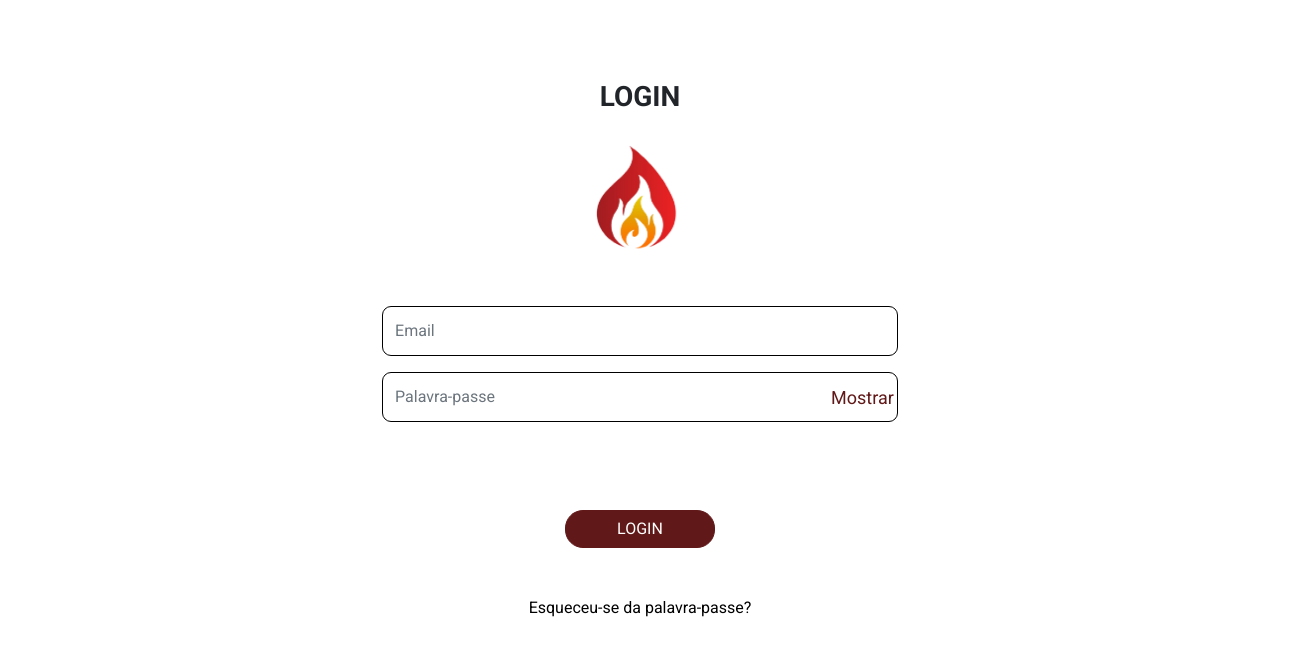
Repository: Rastafari13/D221
Page: Frontend/Frontend/startbootstrap-scrolling-nav-gh-pages/login.html
The author's editor kept a record of every edit. The page is drawn from the files as they stood at one moment, then again after the next edit.
The browser window is 1280 px wide. The page is 1295 px wide, so the pictures cover 1295 px, including what lies to the right of the window. The pictures show the whole page.

Above is the page before.

### Frontend/Frontend/startbootstrap-scrolling-nav-gh-pages/login.html
<!DOCTYPE html>
<html lang="en">

<head>

    <meta charset="utf-8">
    <meta name="viewport" content="width=device-width, initial-scale=1, shrink-to-fit=no">
    <meta name="description" content="">
    <meta name="author" content="">

    <title>Login</title>

    <link rel="shortcut icon" type="imagem/x-png" href="images.1/logo.png" />

    <!-- Bootstrap core CSS -->
    <link href="vendor/bootstrap/css/bootstrap.min.css" rel="stylesheet">

    <!-- Custom styles for this template -->
    <link href="css/scrolling-nav.css" rel="stylesheet">

</head>
</head>

<body class="bg-primary" id="login-body">
    <main>
        <div class="row justify-content-center">
            <div class="col-lg-5">
                <div id="login-header">
                    <h3 class="text-center font-weight-medium my-4" id="login-title">LOGIN</h3>
                    <center>
                        <img src="images.1/logo.png" alt="logo" width=113 height=120 align=center></img>
                </div>
                </center>
                <br>
                <br>
                <form>
                <div class="form-group" id="login-email">
                    <input class="form-control py-4" id="login-email-email" type="email" placeholder="Email" required/>
                </div>

                <div class="form-group" id="login-password">
                    <input id="login-ps" type="password" class="form-group form-control py-4" placeholder="Palavra-passe" required>
                    <button id="login-ps-show" class="btn buttonInput" type="button">Mostrar</button></input>
                </div>

                <br>
                <br>
                <center>
                    <div class="form-group d-flex justify-content-between mt-4 mb-0">
                        <button class="btn btn-primary text-center" id="login-btn" href="index.html" type="submit">LOGIN</button>
                    </div>
                    <br>
                    <br>
                    <div>
                        <a id="login-forgot" class="medium" href="password.html" type="button">Esqueceu-se da palavra-passe?</a>
                    </div>
                </center>
                </form>
            </div>
        </div>
    </main>
    </div>
    </div>
    <script src="https://code.jquery.com/jquery-3.5.1.slim.min.js" crossorigin="anonymous"></script>
    <script src="https://cdn.jsdelivr.net/npm/bootstrap@4.5.3/dist/js/bootstrap.bundle.min.js" crossorigin="anonymous"></script>
    <script src="js/scripts.js"></script>
    <script src="js/scrolling-nav.js"></script>
</body>

</html>

### Frontend/Frontend/startbootstrap-scrolling-nav-gh-pages/css/scrolling-nav.css
/*!
 * Start Bootstrap - Scrolling Nav (https://startbootstrap.com/template/scrolling-nav)
 * Copyright 2013-2020 Start Bootstrap
 * Licensed under MIT (https://github.com/StartBootstrap/startbootstrap-scrolling-nav/blob/master/LICENSE)
 */
@import url('https://fonts.googleapis.com/css?family=Roboto:300,300i,400,400i,500,500i,700,700i,900,900i');
header {
  padding: 300px 0px;
  text-align: center;
  color: white;
  background-image: url(https://pplware.sapo.pt/wp-content/uploads/2016/07/incendio.jpg);
  background-repeat: no-repeat;
  background-attachment: scroll;
  background-position: center center;
  background-size: cover;
  font-family:Roboto;
  background-color:white !important;
}

body {
  font-family:Roboto;
}

footer{
  font-family:Roboto;
}

section {
  padding: 120px 0;
}

#index-request {
cursor: pointer;
background-color: #611818;
border-color: #611818;
font-size:18px;
padding:20px 40px;
border-radius:12px;
}

#index-request:focus, #index-request:hover{
  box-shadow: 0 0 0 0.2rem #621818;
  border-color:#621818;
  font-weight:800;
}

.navbar {
  background-color: #621818 !important;
}

a.navbar:hover, a.navbar:focus,
button.navbar:hover,
button.navbar:focus {
  background-color: #1d2124 !important;
}

#index-footer{
  background-color:#611818 !important;
}

#index-number{
  font-size:2rem;
  font-weight: bold;
}

#index-login{
  padding-left: 2rem;
  padding-right:2rem;
  background-color:transparent;
  border:1px solid;
  border-color:white;
  border-radius:15px;
  text-align:center;
  padding: 0.1rem 2rem;
  margin-top:5%;
}

#index-login:hover{
  box-shadow: 0 0 0 0.1rem white;
}

#index-voluntary{
  padding-right: 3.5rem;
}

/*-------------------REQUEST---------------------*/

.get-in-touch {
  max-width: 800px;
  margin: 50px auto;
  position: relative;
}

#request-title{
  padding: 0 0px;
}

.request-title {
  color:#621818 !important;
  font-size:25px !important;
}

.get-in-touch .title {
  text-align: center;
  text-transform: uppercase;
  letter-spacing: 3px;
  font-size: 3em;
  line-height: 48px;
  color: #611818;
  background: white;
  font-weight: bold;
}

.contact-form .form-field {
  position: relative;
  margin: 32px 0;
}
.contact-form .input-text {
  display: block;
  width: 100%;
  height: 36px;
  border-width: 0 0 2px 0;
  border-color: #611818;
  font-size: 18px;
  line-height: 26px;
  font-weight: 400;
}

.contact-form .input-text:focus, #request-type{
  outline: none;
}

.contact-form .label {
  position: absolute;
  left: 20px;
  bottom: 11px;
  font-size: 18px;
  line-height: 26px;
  font-weight: 400;
  color: #611818;
  cursor: text;
}

.contact-form .submit-btn {
  display: inline-block;
  background-color: #611818;
  color: #EAD2D2;
  text-transform: uppercase;
  letter-spacing: 2px;
  font-size: 14px;
  padding: 7px 12px;
  border: none;
  width:180px;
  cursor: pointer;
  border-radius: 18px;
  text-align: center;
}

#request-type{
  border-width:0 0 2px 0;
  border-color:#611818;
  width:100%;
  padding:7px;
  text-align-last: center !important;
  text-align:center !important;
}

#request-noturgent {
  color:#611818;
  font-family:roboto;
  text-align:center;
  font-size: 1.5em;
  font-weight: bold;
}

.request-distance{
margin-bottom: 1rem;
}

#request-cancel, #request-submit{
  background-color:#611818;
  padding:6px 12px;
  color:white;
  border-radius:18px;
  font-weight:normal;
  width:150px;
  border-color:#611818;
  font-size:14px;
}

#request-cancel:hover, #request-submit:hover, #request-cancel:focus, #request-submit:focus{
  font-weight:600;
  box-shadow: 0 0 0 0.1rem #621818;
  border-color:#611818;
}



/*--------------------------------------LOGIN----------------------------------*/
#login-body, #login-header{
  background-color:white !important;
}

#login-header{
  margin-top:5rem;
}

#login-title{
  font-weight:bold;
}

#login-btn{
  background-color:#611818 !important;
}

#login-forgot{
  color:black;
}

#login-btn{
  border-radius:18px;
  border-color:#611818;
  width:150px;
  position:relative;
  margin: 0 auto ;
}

#login-body{
  width:100%;
  height:100%;
  background: white;
  opacity: 1;
  position: absolute;
  z-index:-1;
}

#login-ps {
  border-color: black;
  border-radius: 9px;
}

#login-ps-show {
  top: 62%;
  right: 3.5%;
  display:block;
  font-weight: 400;
  background-color:white;
  font-size:18px;
}

.inputLogin{
  height:50px;
}

.buttonInput{
  color: #611818;
  position: absolute;
  font-size: 16px;
  opacity: 1;
  text-align: right;
  border: none;
  background: none;
  padding:0;
}

#login-email-email{
  border-color:black;
  border-radius:9px;
}

#login-ps:focus, #login-email-email:focus{
  border-color:#611818;
  box-shadow: 0 0 0 0.1rem #621818;
}

#login-ps-show:focus, #login-ps-show:hover{
  box-shadow:none;
  font-weight:600;
  color:#611818;
}

#login-btn:focus, #login-btn:hover{
  font-weight:600;
  box-shadow: 0 0 0 0.1rem #621818;
  border-color:#611818;
}

/*----------------------------------------PASSWORD--------------------------------*/

#password-emailconf {
background-color: #611818 !important;
border-radius:15px;
font-size: 15px;
margin-left: 38%;
margin-top: 9%;
border: white;
width:150px;
}

#password-body {
  background-color: white !important;
}
.card-header{
  background-color: white !important;
  color:black;
}

#password-text{
  text-align: center !important;
  color:black;
  font-size: 18px;
}

#password-header {
  margin-top: 10rem;
  font-size: 30px !important;
}

#password-email{
  margin-top: 3rem;
  border:black;
}

#inputEmailAddress{
  border-color:black;
  border-radius:9px;
}

#password-emailconf:hover, #password-emailconf:focus {
  font-weight:600;
  box-shadow: 0 0 0 0.1rem #621818;
  border-color:#611818;
}

#inputEmailAddress:focus{
  border-color:#611818;
  box-shadow: 0 0 0 0.1rem #621818;
}

#login-forgot:hover, #login-forgot:focus{
  text-decoration: none;
  font-weight:800;
}




/*EDITAR PALAVRA PASSE CENTRALISTA E DIRETOR*/
#password-header{
  top:10%;
}

#login-ps-show1 {
  top: 37%;
  right: 3.5%;
  display:block;
  font-weight: 400;
  background-color:white;
  font-size:18px;
}

#login-ps-show2 {
  top: 57%;
  right: 3.5%;
  display:block;
  font-weight: 400;
  background-color:white;
  font-size:18px;
}
#login-ps-show1:focus, #login-ps-show1:hover, #login-ps-show2:focus, #login-ps-show2:hover{
  box-shadow:none;
  font-weight:600;
  color:#611818;
}

#login-ps1 {
  border-color: black;
  border-radius: 9px;
}

#login-ps2 {
  border-color: black;
  border-radius: 9px;
}

#login-ps1:focus, #login-ps2:focus{
  border-color:#611818;
  box-shadow: 0 0 0 0.1rem #621818;
}

textarea[name=textarea] {
  resize: none;
}

#textarea{
  position:unset;
}

### Frontend/Frontend/startbootstrap-scrolling-nav-gh-pages/js/scripts.js
/*!
    * Start Bootstrap - SB Admin v6.0.2 (https://startbootstrap.com/template/sb-admin)
    * Copyright 2013-2020 Start Bootstrap
    * Licensed under MIT (https://github.com/StartBootstrap/startbootstrap-sb-admin/blob/master/LICENSE)
    */
    (function($) {
    "use strict";

    // Add active state to sidbar nav links
    var path = window.location.href; // because the 'href' property of the DOM element is the absolute path
        $("#layoutSidenav_nav .sb-sidenav a.nav-link").each(function() {
            if (this.href === path) {
                $(this).addClass("active");
            }
        });

    // Toggle the side navigation
    $("#sidebarToggle").on("click", function(e) {
        e.preventDefault();
        $("body").toggleClass("sb-sidenav-toggled");
    });


})(jQuery);

### Frontend/Frontend/startbootstrap-scrolling-nav-gh-pages/js/scrolling-nav.js
(function($) {
  "use strict"; // Start of use strict

  // Smooth scrolling using jQuery easing
  $('a.js-scroll-trigger[href*="#"]:not([href="#"])').click(function() {
    if (location.pathname.replace(/^\//, '') == this.pathname.replace(/^\//, '') && location.hostname == this.hostname) {
      var target = $(this.hash);
      target = target.length ? target : $('[name=' + this.hash.slice(1) + ']');
      if (target.length) {
        $('html, body').animate({
          scrollTop: (target.offset().top - 38)
        }, 1000, "easeInOutExpo");
        return false;
      }
    }
  });

  // Closes responsive menu when a scroll trigger link is clicked
  $('.js-scroll-trigger').click(function() {
    $('.navbar-collapse').collapse('hide');
  });

  // Activate scrollspy to add active class to navbar items on scroll
  $('body').scrollspy({
    target: '#mainNav',
    offset: 56
  });

  let view = document.getElementById("login-ps-show");

view.onclick = viewButton;
function viewButton() {
    let view = document.getElementById("login-ps");
    if (view.type === "password") {
        view.type = "text";
        document.getElementById("login-ps").focus();
    }
    else {
        view.type = "password";
        document.getElementById("login-ps").focus();
    }
}


})(jQuery); // End of use strict

Loaded but not shown: Frontend/Frontend/startbootstrap-scrolling-nav-gh-pages/vendor/bootstrap/css/bootstrap.min.css (library)

After the next edit:
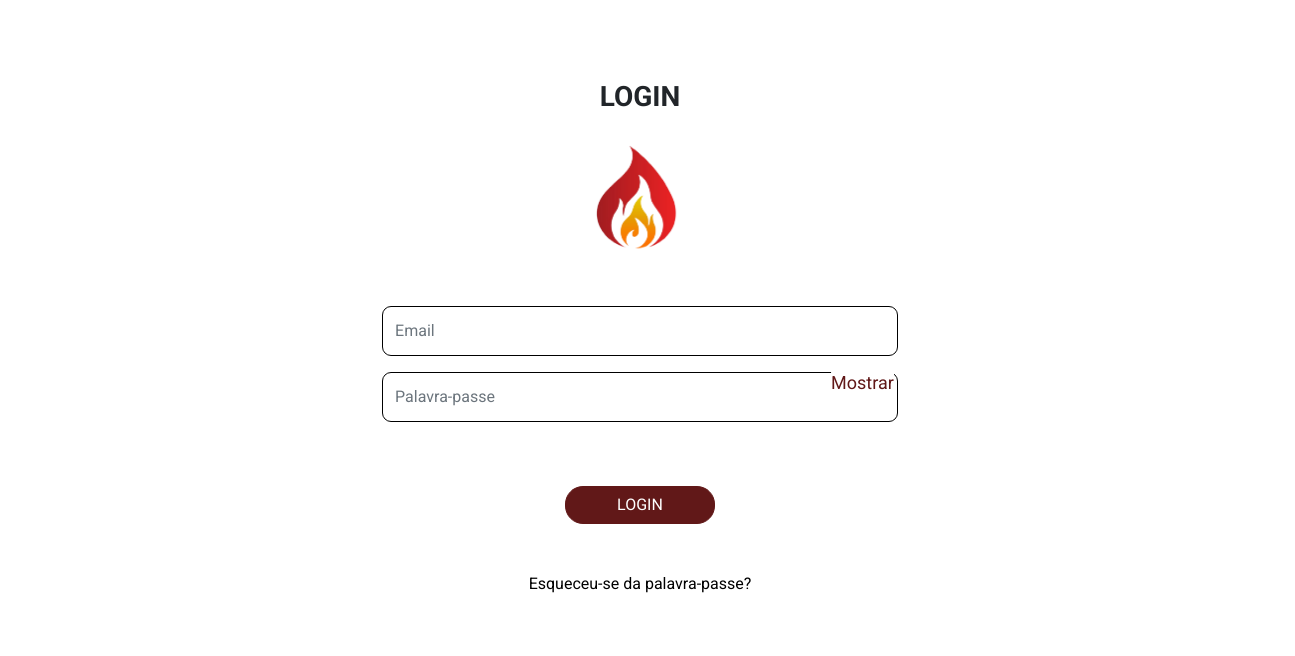
The edit:
--- a/Frontend/Frontend/startbootstrap-scrolling-nav-gh-pages/login.html
+++ b/Frontend/Frontend/startbootstrap-scrolling-nav-gh-pages/login.html
@@ -42,6 +42,7 @@
                     <input id="login-ps" type="password" class="form-group form-control py-4" placeholder="Palavra-passe" required>
                     <button id="login-ps-show" class="btn buttonInput" type="button">Mostrar</button></input>
                 </div>
+                </form
 
                 <br>
                 <br>

After the edit that followed:
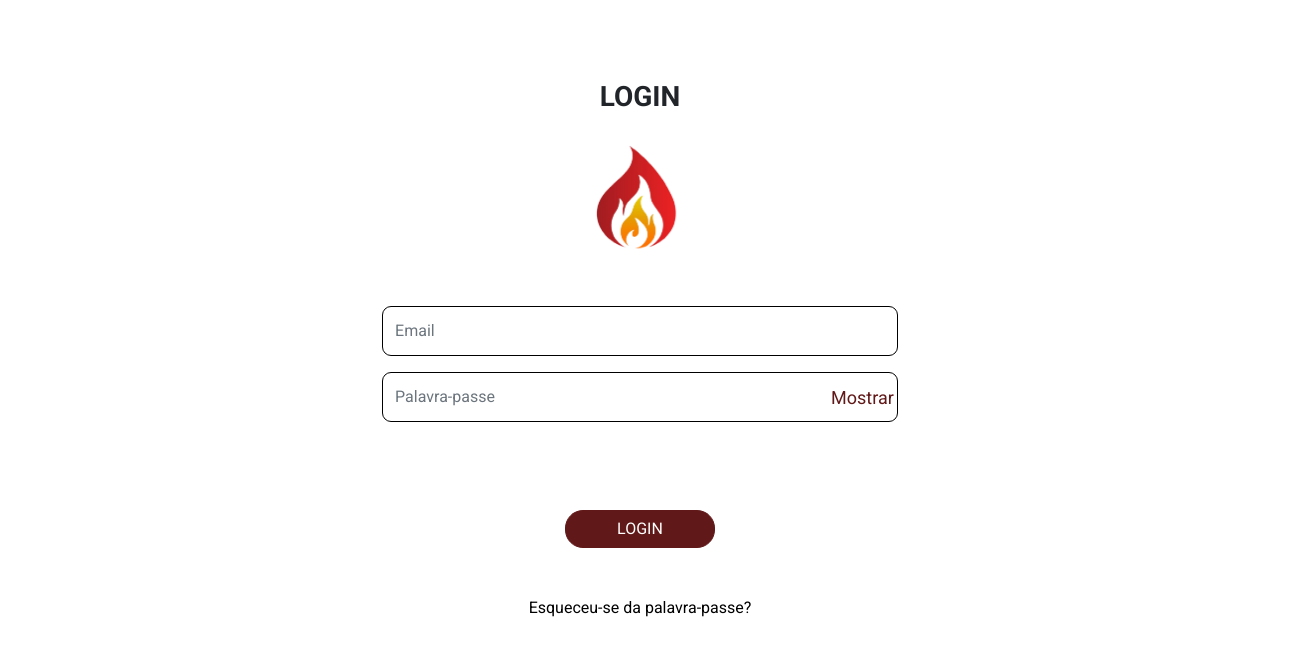
The edit:
--- a/Frontend/Frontend/startbootstrap-scrolling-nav-gh-pages/login.html
+++ b/Frontend/Frontend/startbootstrap-scrolling-nav-gh-pages/login.html
@@ -42,8 +42,6 @@
                     <input id="login-ps" type="password" class="form-group form-control py-4" placeholder="Palavra-passe" required>
                     <button id="login-ps-show" class="btn buttonInput" type="button">Mostrar</button></input>
                 </div>
-                </form
-
                 <br>
                 <br>
                 <center>
